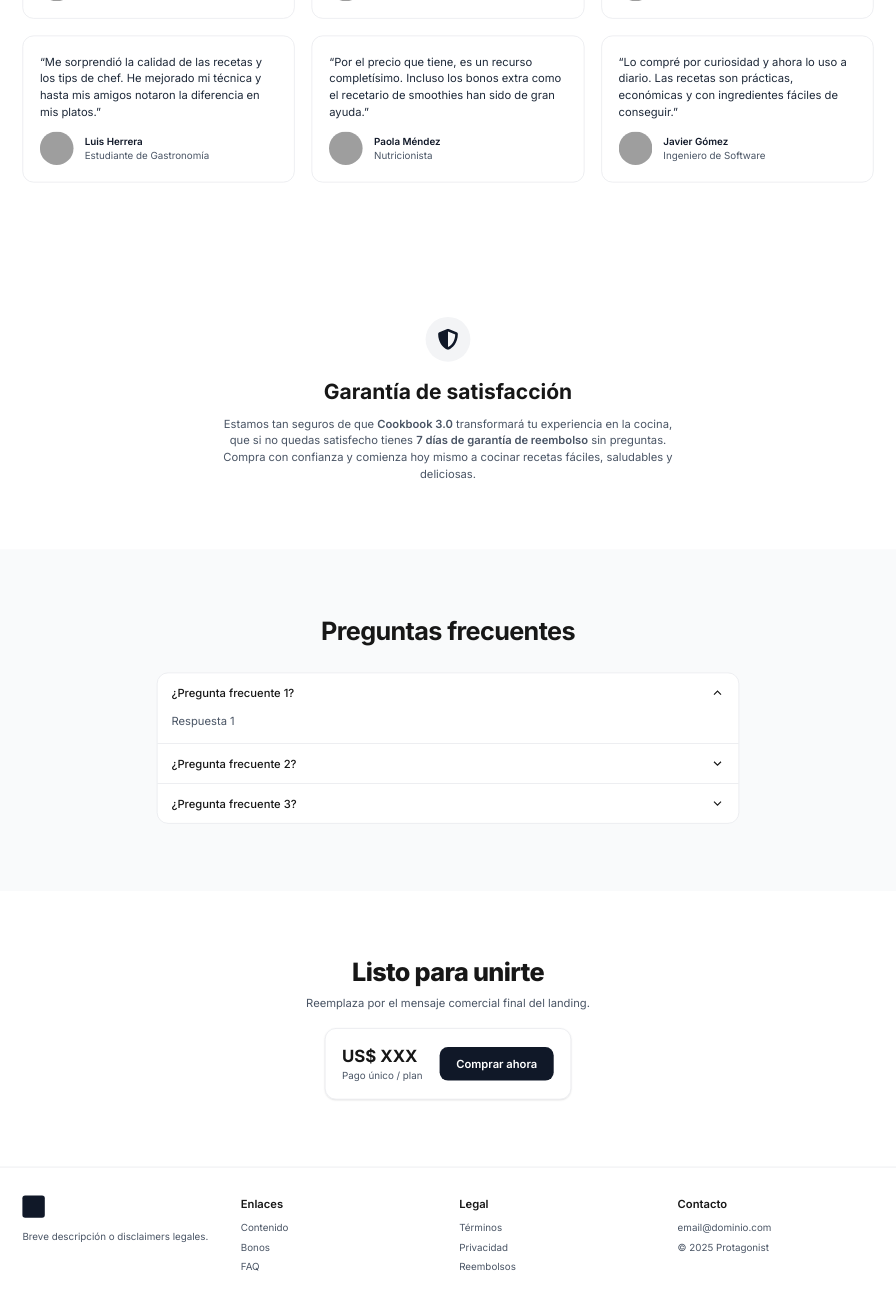
Repository: sazaba/pdfalzate
Page: /
The author's editor kept a copy of each file at every save. The page is drawn from the files as they stood at one save, then again after the next save.
The browser window is 1280 px wide. The pictures show the part of the page from y = 2394 to 4314 px (the page is 4254 px tall before and 4314 px after), at 70% of full size.
Pictures or frames that could not be fetched are drawn as grey boxes. The project was rebuilt for these pictures with package versions that can differ from the ones it lists, and the page was loaded fresh each time. The framework's server and built-in components were replaced by stand-ins that run in the browser. Also part of the build but not shown: next.config.ts.

Above is the page before, as saved 2025-09-24 12:55:34.

After the next save:
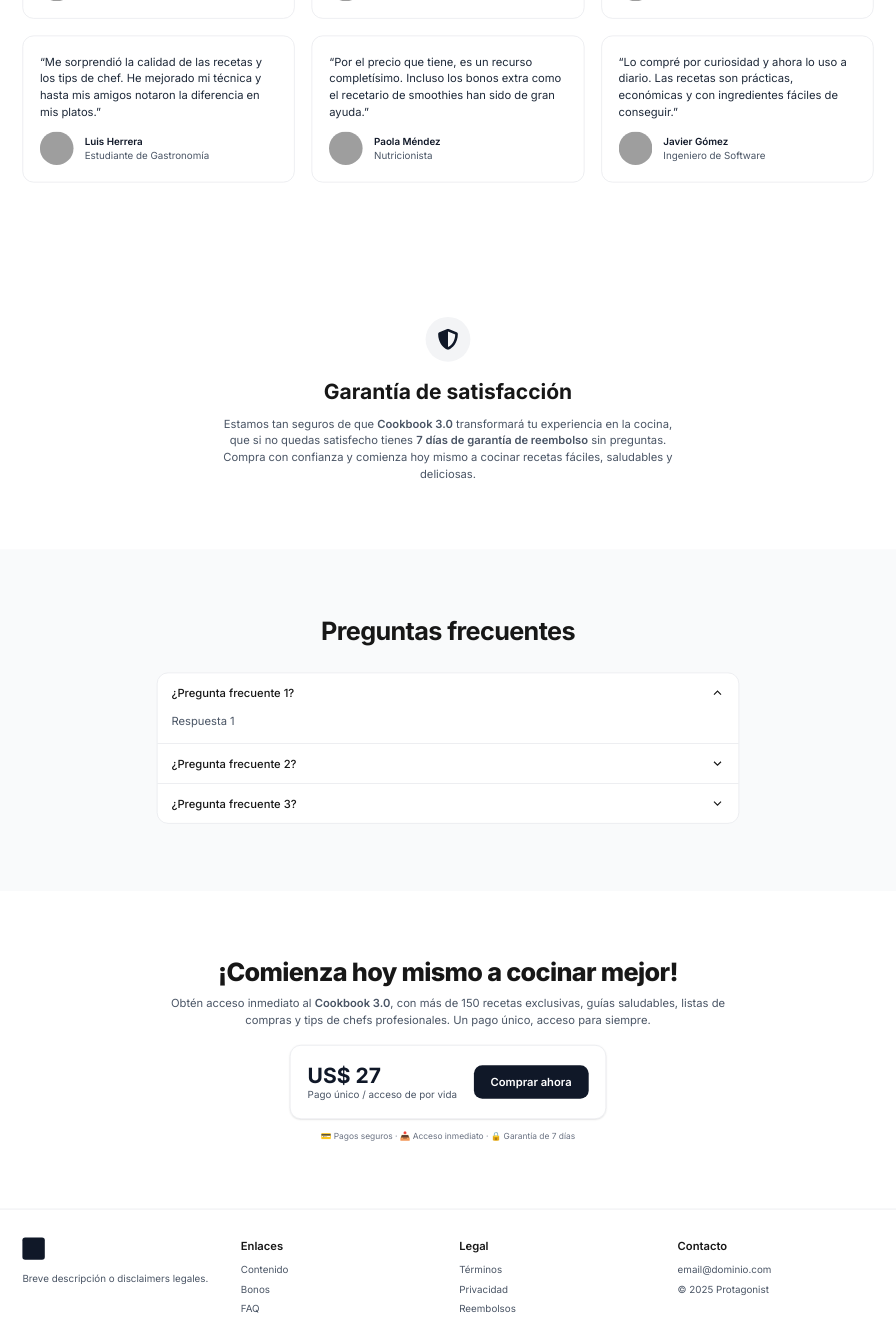
Saved 102 s later.
--- a/src/app/components/CTA.tsx
+++ b/src/app/components/CTA.tsx
@@ -1,28 +1,34 @@
 export default function CTA() {
-    return (
-      <section id="cta" className="py-16 sm:py-24">
-        <div className="mx-auto max-w-4xl px-4 sm:px-6 lg:px-8 text-center">
-          <h2 className="text-3xl sm:text-4xl font-extrabold tracking-tight">
-            Listo para unirte
-          </h2>
-          <p className="mt-3 text-gray-600">
-            Reemplaza por el mensaje comercial final del landing.
-          </p>
+  return (
+    <section id="cta" className="py-16 sm:py-24">
+      <div className="mx-auto max-w-4xl px-4 sm:px-6 lg:px-8 text-center">
+        <h2 className="text-3xl sm:text-4xl font-extrabold tracking-tight">
+          ¡Comienza hoy mismo a cocinar mejor!
+        </h2>
+        <p className="mt-3 text-gray-600">
+          Obtén acceso inmediato al <span className="font-semibold">Cookbook 3.0</span>,
+          con más de 150 recetas exclusivas, guías saludables, listas de compras
+          y tips de chefs profesionales. Un pago único, acceso para siempre.
+        </p>
 
-          <div className="mt-6 inline-flex flex-col sm:flex-row items-center rounded-2xl border border-gray-200 p-6 shadow-sm gap-4 sm:gap-6">
-            <div className="text-left">
-              <div className="text-2xl font-bold">US$ XXX</div>
-              <div className="text-sm text-gray-600">Pago único / plan</div>
-            </div>
+        <div className="mt-6 inline-flex flex-col sm:flex-row items-center rounded-2xl border border-gray-200 p-6 shadow-sm gap-4 sm:gap-6">
+          <div className="text-left">
+            <div className="text-3xl font-bold text-gray-900">US$ 27</div>
+            <div className="text-sm text-gray-600">Pago único / acceso de por vida</div>
+          </div>
 
-            <a
-              href="#"
-              className="inline-flex items-center rounded-xl bg-gray-900 px-6 py-3 font-semibold text-white hover:opacity-90"
-            >
-              Comprar ahora
-            </a>
-          </div>
+          <a
+            href="#"
+            className="inline-flex items-center rounded-xl bg-gray-900 px-6 py-3 font-semibold text-white hover:opacity-90"
+          >
+            Comprar ahora
+          </a>
         </div>
-      </section>
-    );
-  }
+
+        <p className="mt-4 text-xs text-gray-500">
+          💳 Pagos seguros · 📥 Acceso inmediato · 🔒 Garantía de 7 días
+        </p>
+      </div>
+    </section>
+  );
+}
